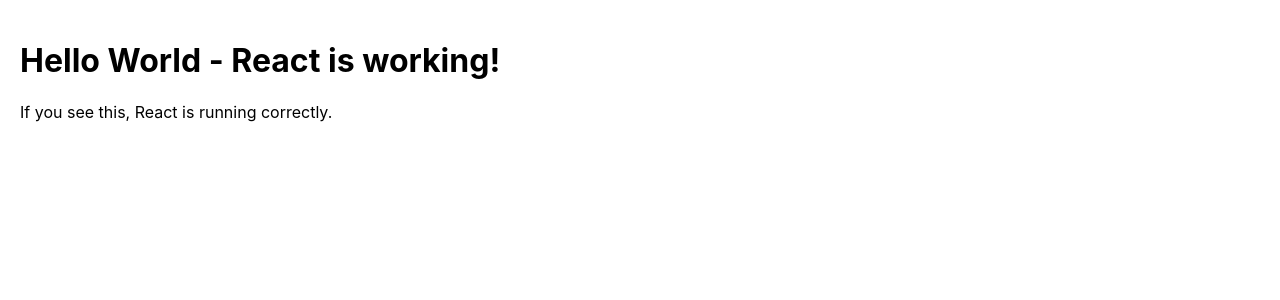
Repository: Rithwik-G/blind-letter-pairs
Page: /
The author's editor kept a copy of each file at every save. The page is drawn from the files as they stood at one save, then again after a run of saves.
The browser window is 1280 px wide. The pictures show the whole page.
The project was rebuilt for these pictures with package versions that can differ from the ones it lists, and the page was loaded fresh each time.

Above is the page before, as saved 2025-06-02 15:25:48.

After the next 5 saves:
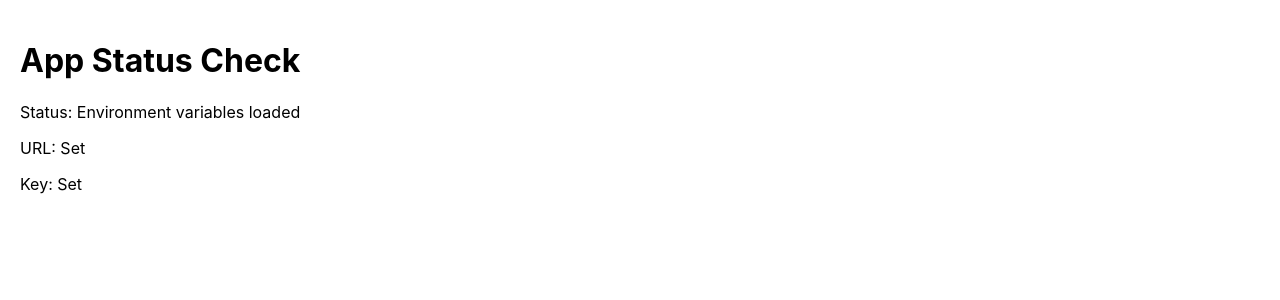
The 5 saves are shown as one change because 2 did not build or start and some came seconds apart.
The last was saved 84 s later.
--- a/src/App.js
+++ b/src/App.js
@@ -1,8 +1,26 @@
+import { useState, useEffect } from 'react'
+
 function App() {
+  const [status, setStatus] = useState('Loading...')
+
+  useEffect(() => {
+    // Test if environment variables are loaded
+    console.log('Supabase URL:', process.env.REACT_APP_SUPABASE_URL)
+    console.log('Supabase Key:', process.env.REACT_APP_SUPABASE_ANON_KEY)
+
+    if (process.env.REACT_APP_SUPABASE_URL && process.env.REACT_APP_SUPABASE_ANON_KEY) {
+      setStatus('Environment variables loaded')
+    } else {
+      setStatus('Environment variables missing')
+    }
+  }, [])
+
   return (
     <div style={{ padding: '20px' }}>
-      <h1>Hello World - React is working!</h1>
-      <p>If you see this, React is running correctly.</p>
+      <h1>App Status Check</h1>
+      <p>Status: {status}</p>
+      <p>URL: {process.env.REACT_APP_SUPABASE_URL ? 'Set' : 'Missing'}</p>
+      <p>Key: {process.env.REACT_APP_SUPABASE_ANON_KEY ? 'Set' : 'Missing'}</p>
     </div>
   )
 }
